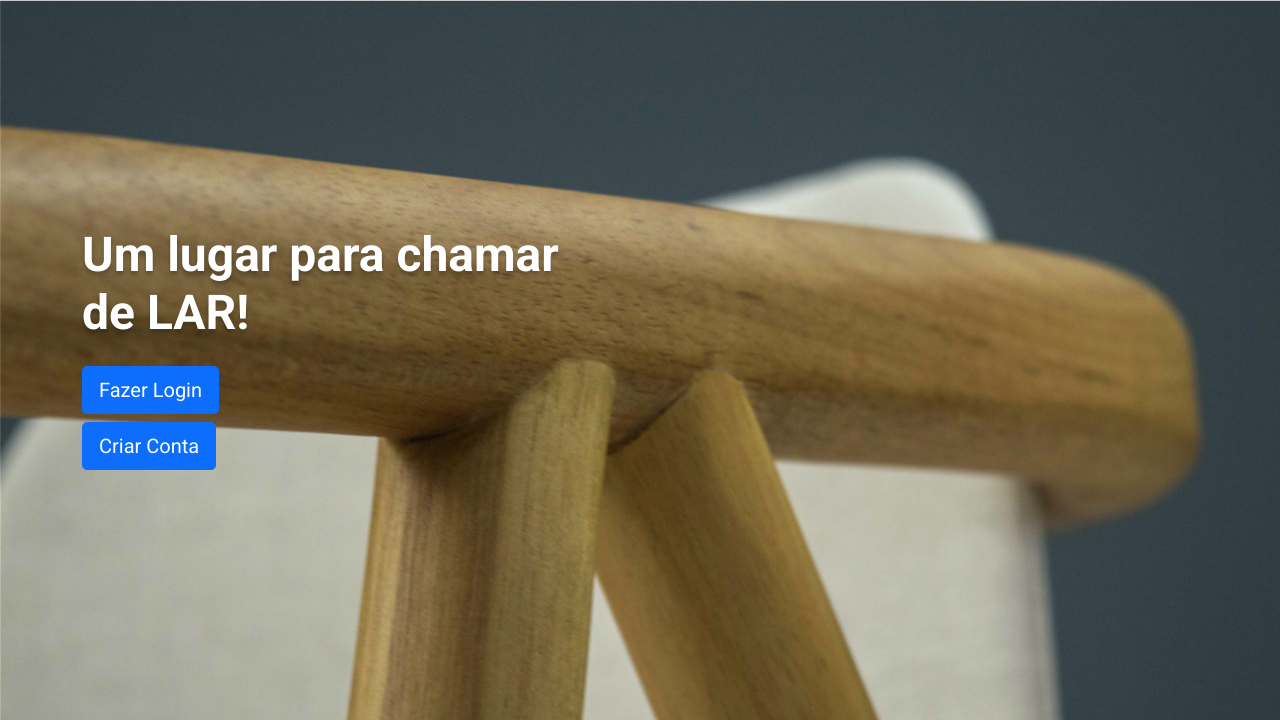
Repository: telesbp/Projeto-4-e-Projeto-5
Page: / (app in front-end/)
An editor plug-in stored every save of this project. The page is shown before and after the next save, followed by the edit.
The browser window is 1280 px wide. The pictures show the whole page.
The project was rebuilt for these pictures with package versions that can differ from the ones it lists, and the page was loaded fresh each time.

Above is the page before, as saved 2022-07-17 14:21:11.

### front-end/public/index.html
<!DOCTYPE html>
<html lang="pt-BR">
  <head>
    <meta charset="utf-8" />
    <link rel="icon" href="%PUBLIC_URL%/favicon.ico" />
    <meta name="viewport" content="width=device-width, initial-scale=1" />
    <meta name="theme-color" content="#000000" />
    <meta
      name="description"
      content="Seu negócio automatizado!"
    />
    <link rel="apple-touch-icon" href="%PUBLIC_URL%/logo192.png" />
    <!--
      manifest.json provides metadata used when your web app is installed on a
      user's mobile device or desktop. See https://developers.google.com/web/fundamentals/web-app-manifest/
    -->
    <link rel="manifest" href="%PUBLIC_URL%/manifest.json" />
    <!--
      Notice the use of %PUBLIC_URL% in the tags above.
      It will be replaced with the URL of the `public` folder during the build.
      Only files inside the `public` folder can be referenced from the HTML.

      Unlike "/favicon.ico" or "favicon.ico", "%PUBLIC_URL%/favicon.ico" will
      work correctly both with client-side routing and a non-root public URL.
      Learn how to configure a non-root public URL by running `npm run build`.
    -->
    <title>Stagio</title>

    <link rel="preconnect" href="https://fonts.googleapis.com">
    <link rel="preconnect" href="https://fonts.gstatic.com" crossorigin>
    <link href="https://fonts.googleapis.com/css2?family=Roboto:wght@400;700&display=swap" rel="stylesheet">
  </head>
  <body>
    <noscript>You need to enable JavaScript to run this app.</noscript>
    <div id="root"></div>
    <!--
      This HTML file is a template.
      If you open it directly in the browser, you will see an empty page.

      You can add webfonts, meta tags, or analytics to this file.
      The build step will place the bundled scripts into the <body> tag.

      To begin the development, run `npm start` or `yarn start`.
      To create a production bundle, use `npm run build` or `yarn build`.
    -->
  </body>
</html>

### front-end/src/index.tsx
import React from 'react';
import ReactDOM from 'react-dom/client';
import App from './App';
import 'bootstrap/dist/css/bootstrap.min.css';
import { BrowserRouter } from 'react-router-dom';
import 'react-toastify/dist/ReactToastify.css';
import { ToastContainer } from 'react-toastify';
import { GlobalStyle } from './assets/css/global';

const root = ReactDOM.createRoot(
  document.getElementById('root') as HTMLElement
);
root.render(
  <React.StrictMode>
    <BrowserRouter>
    <GlobalStyle/>
      <App />
      <ToastContainer/>
    </BrowserRouter>
  </React.StrictMode>
);

### front-end/src/App.tsx
import { HomeView } from "./views/Home";

function App() {
  return (
    <HomeView/>
  );
}

export default App;

### front-end/src/assets/css/global.ts
import { createGlobalStyle } from "styled-components";

export const GlobalStyle = createGlobalStyle`
    body{
       font-family: 'Roboto', sans-serif;
    }
`

### front-end/src/views/Home/index.tsx
import { Button, Container } from "react-bootstrap";
import styled from "styled-components";
import bgSite from "../../assets/img/cadeira1.png"

export function HomeView(){
    return(
        <Banner className="vh-100">
            <Container className="h-100 d-flex flex-column justify-content-center align-items-center align-items-lg-start">
                <Title className="text-center text-white text-lg-start mt-auto mt-lg-0 ">Um lugar para chamar de LAR!</Title>
                <Button size="lg" className="mt-auto mt-lg-3 mb-2">Fazer Login</Button>
                <Button size="lg" className="mb-4">Criar Conta</Button>
            </Container>
        </Banner>
    )
}

const Banner = styled.div`
    background: url(${bgSite}) no-repeat center center;
    background-size: cover;
`
const Title = styled.h1`
    font-size: 2.25rem;
    font-weight: bold;
    text-shadow: 0 4px 4px rgba(0, 0, 0, 0.25);
    @media (min-width: 992px){
        font-size: 3rem;
        max-width: 500px;
    }
`

### front-end/src/components/CustomButton/index.tsx
import { Button } from "react-bootstrap";

export function CustomButton() {
    return(
        <Button></Button>
    )
}

After the next save:
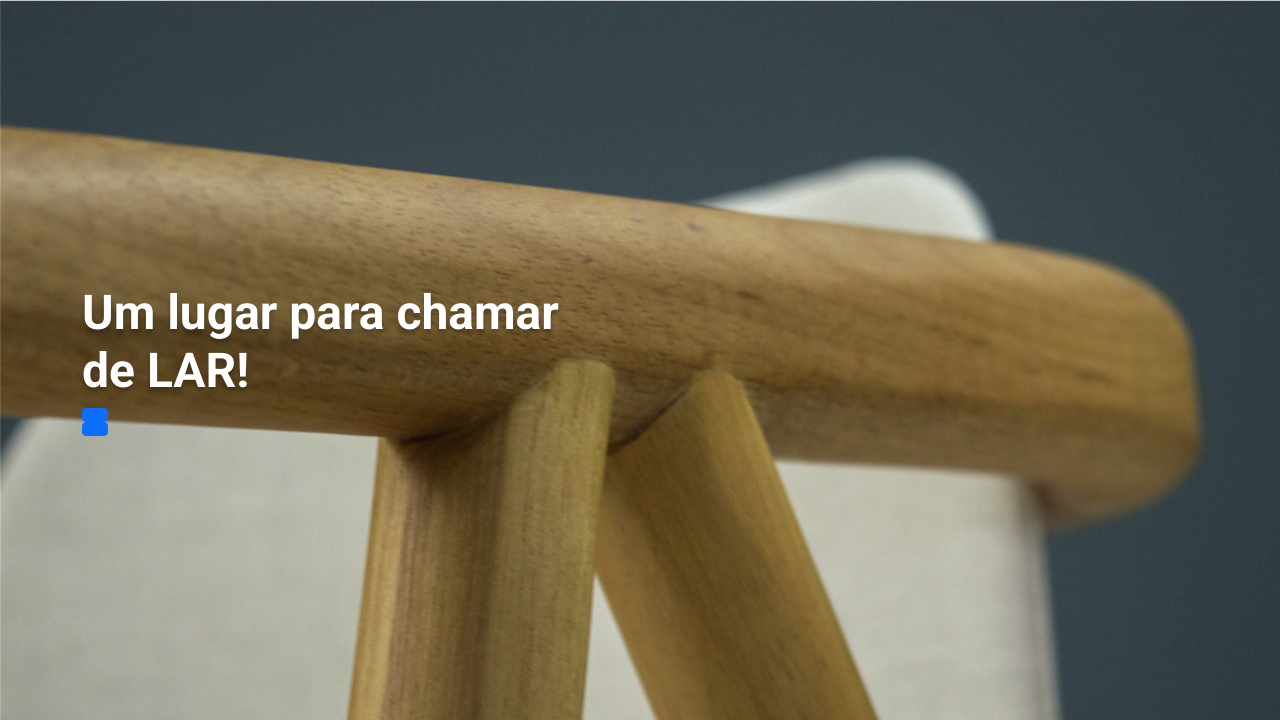
Saved 18 s later.
--- a/front-end/src/views/Home/index.tsx
+++ b/front-end/src/views/Home/index.tsx
@@ -1,14 +1,15 @@
 import { Button, Container } from "react-bootstrap";
 import styled from "styled-components";
 import bgSite from "../../assets/img/cadeira1.png"
+import { CustomButton } from "../../components/CustomButton";
 
 export function HomeView(){
     return(
         <Banner className="vh-100">
             <Container className="h-100 d-flex flex-column justify-content-center align-items-center align-items-lg-start">
                 <Title className="text-center text-white text-lg-start mt-auto mt-lg-0 ">Um lugar para chamar de LAR!</Title>
-                <Button size="lg" className="mt-auto mt-lg-3 mb-2">Fazer Login</Button>
-                <Button size="lg" className="mb-4">Criar Conta</Button>
+                <CustomButton size="lg" className="mt-auto mt-lg-3 mb-2">Fazer Login</CustomButton>
+                <CustomButton size="lg" className="mb-4">Criar Conta</CustomButton>
             </Container>
         </Banner>
     )

After the 6 saves that followed:
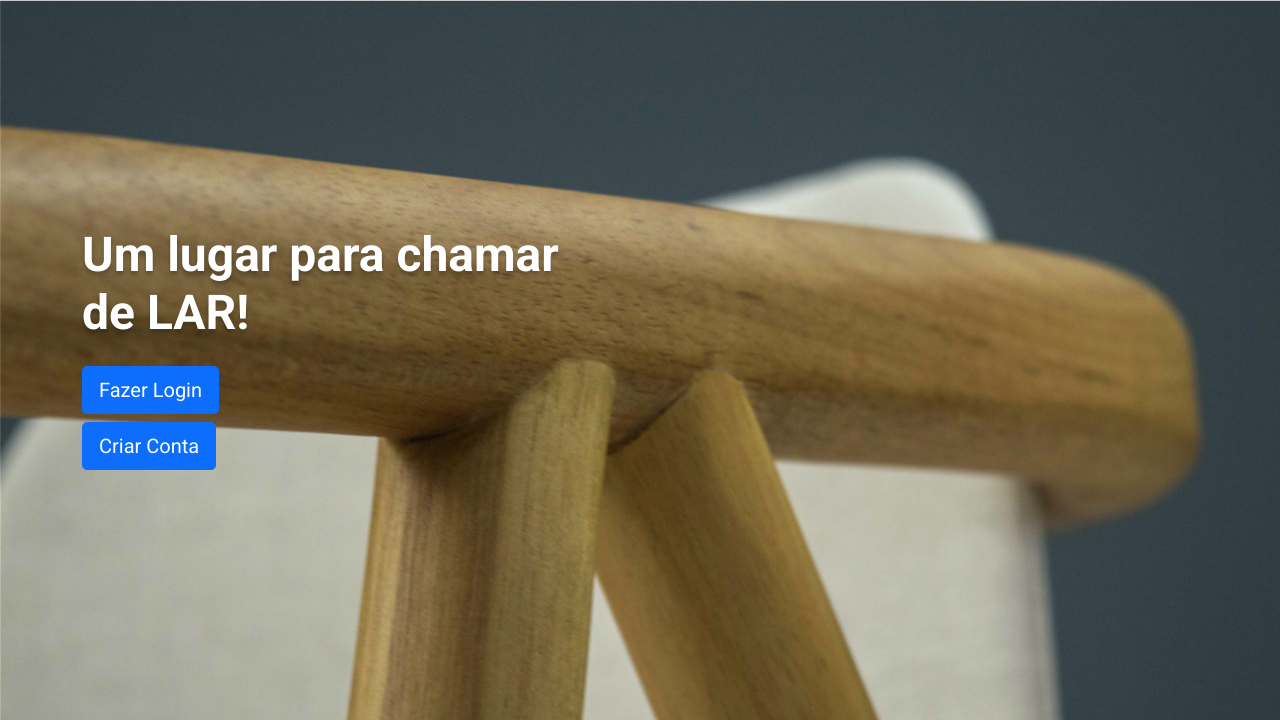
The 6 saves are shown as one change because 5 left the picture as it was.
The last was saved 7 min 52 s later.
--- a/front-end/src/views/Home/index.tsx
+++ b/front-end/src/views/Home/index.tsx
@@ -1,4 +1,4 @@
-import { Button, Container } from "react-bootstrap";
+import { Container } from "react-bootstrap";
 import styled from "styled-components";
 import bgSite from "../../assets/img/cadeira1.png"
 import { CustomButton } from "../../components/CustomButton";
--- a/front-end/src/components/CustomButton/index.tsx
+++ b/front-end/src/components/CustomButton/index.tsx
@@ -1,7 +1,7 @@
-import { Button } from "react-bootstrap";
+import { Button, ButtonProps } from "react-bootstrap";
 
-export function CustomButton() {
+export function CustomButton(props: {children: ButtonProps }) {
     return(
-        <Button></Button>
+        <Button {...props}/>
     )
 }
